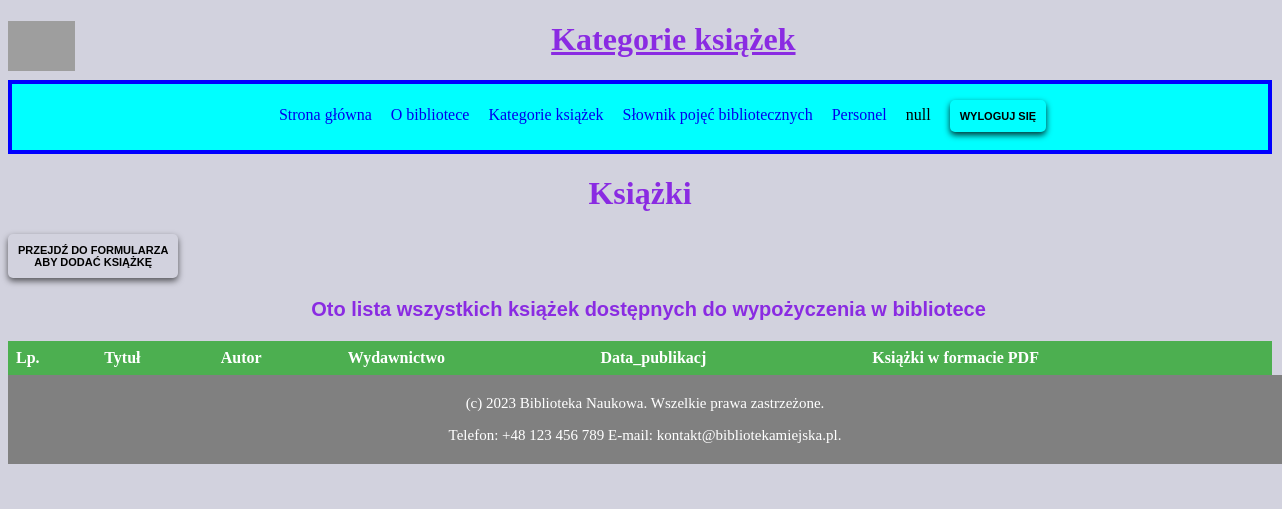
Repository: Dominik098/projekt
Page: http://localhost/biblioteka/C_Kategorie książek.jsp
An editor plug-in stored every save of this project. The page is shown before and after the next save, followed by the edit.
The browser window is 1280 px wide. The page is 1282 px wide, so the pictures cover 1282 px, including what lies to the right of the window. The pictures show the whole page.
Pictures or frames that could not be fetched are drawn as grey boxes. The page is served by Tomcat 9. Queries for data that is not in the repository find no rows.

Above is the page before, as saved 2023-06-01 16:39:18.

After the next save:
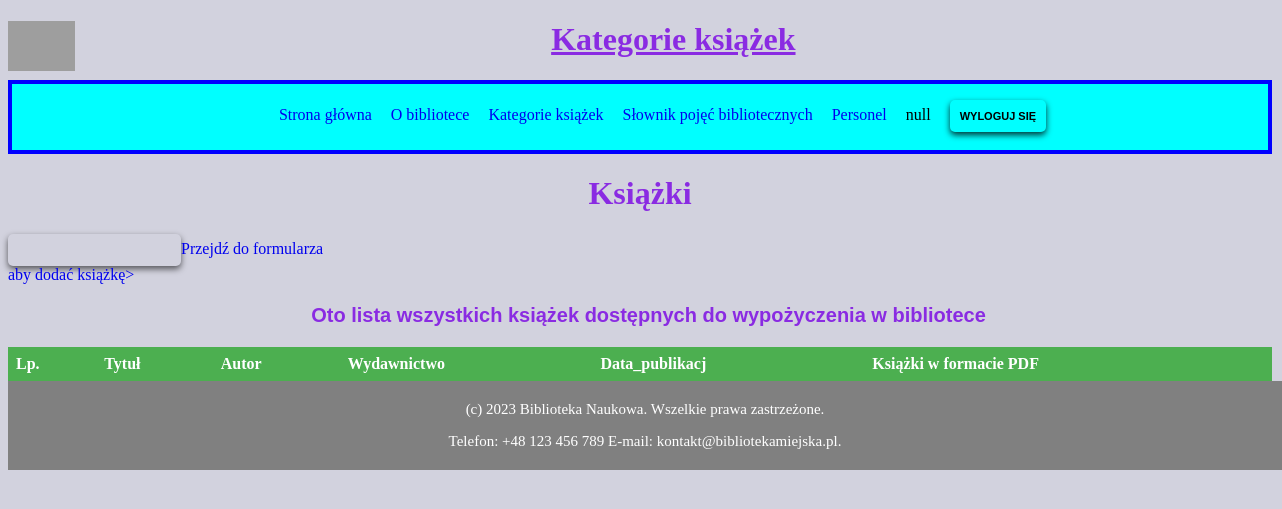
Saved 2 min 40 s later.
--- a/java projekt/biblioteka/src/main/webapp/C_Kategorie książek.jsp
+++ b/java projekt/biblioteka/src/main/webapp/C_Kategorie książek.jsp
@@ -53,7 +53,7 @@
 
 
 
- <a href="Dodaj_ksiazke.jsp"><button class="dodanie" onclick="return promptForPassword()">Przejdź do formularza<br> aby dodać książkę</button></a>
+ <a href="Dodaj_ksiazke.jsp"><input <button class="dodanie" onclick="return promptForPassword()">Przejdź do formularza<br> aby dodać książkę</button>></a>
 
 
 

After the 2 saves that followed:
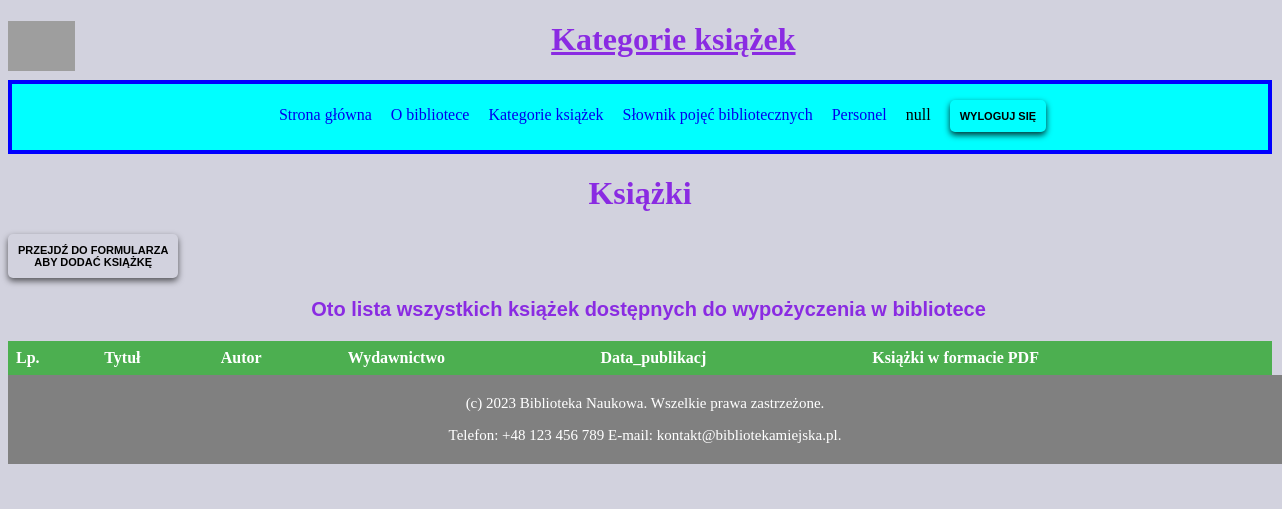
The 2 saves are shown as one change because 1 left the picture as it was.
The last was saved 2 min 45 s later.
--- a/java projekt/biblioteka/src/main/webapp/C_Kategorie książek.jsp
+++ b/java projekt/biblioteka/src/main/webapp/C_Kategorie książek.jsp
@@ -53,7 +53,7 @@
 
 
 
- <a href="Dodaj_ksiazke.jsp"><input <button class="dodanie" onclick="return promptForPassword()">Przejdź do formularza<br> aby dodać książkę</button>></a>
+ <a href="Dodaj_ksiazke.jsp"><button class="dodanie" onclick="return promptForPassword()">Przejdź do formularza<br> aby dodać książkę</button></a>
 
 
 
